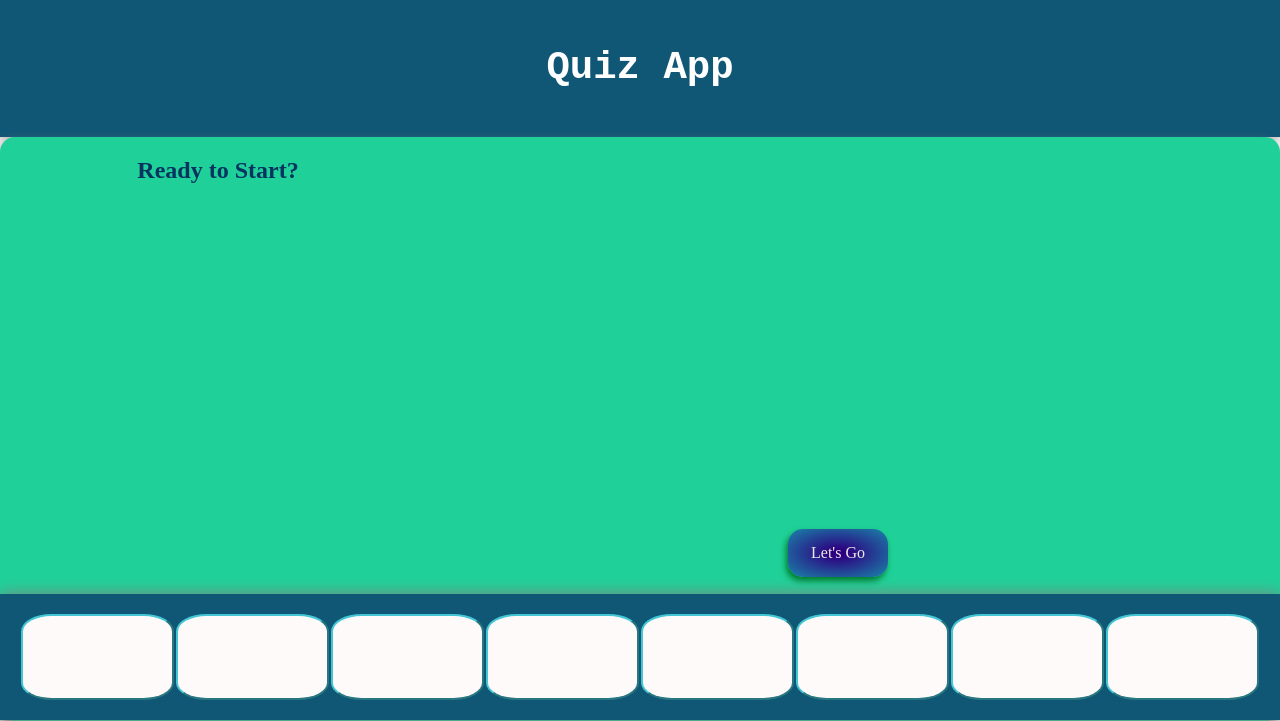
Repository: tpic12/quiz_app
Page: index.html
The author's editor kept a copy of each file at every save. The page is drawn from the files as they stood at one save, then again after the next save.
The browser window is 1280 px wide. The pictures show the whole page.

Above is the page before, as saved 2019-12-28 15:46:29.

### index.html
<!DOCTYPE html>
<html lang="en">

<head>
  <meta charset="UTF-8">
  <meta name="viewport" content="width=device-width, initial-scale=1.0">
  <meta http-equiv="X-UA-Compatible" content="ie=edge">
  <title>Quiz App</title>
  <link href="https://cdnjs.cloudflare.com/ajax/libs/normalize/8.0.1/normalize.min.css" rel="stylesheet"
    type="text/css" />
  <link href="app.css" rel="stylesheet" type="text/css" />
</head>

<body>
  <header>
    <section class='banner'>
      <h1>Quiz App</h1>
    </section>
  </header>
  <main class='display'>

  </main>
  <footer>
    <section class='counts'>
        <div class='count 0'></div>
        <div class='count 1'></div>
        <div class='count 2'></div>
        <div class='count 3'></div>
        <div class='count 4'></div>
        <div class='count 5'></div>
        <div class='count 6'></div>
        <div class='count 7'></div>
    </section>
  </footer>
  <script src="https://code.jquery.com/jquery-3.4.1.slim.js" crossorigin="anonymous"></script>
  <script src="app.js"></script>
</body>

</html>

### app.css
/* Your styles should be mobile-first and responsive */

/**
  * If you are unclear on how to utilize a mobile-first, responsive technique to write your CSS, here is an example:
  *
  * https://github.com/andreacardybailey/responsive_example/blob/master/styles/responsive-base.css
  *
*/
* {
  box-sizing: border-box;
  margin: 0 auto;
}

.banner h1 {
  font-family: monospace;
  font-size: 3em;
}

.banner,
footer {
  color: white;
  font-family: monospace;
  padding: 20px;
  width: 100%;
  text-align: center;
  background-color: hsl(198, 76%, 26%);
  box-shadow: 0px 0px 15px grey;
  border-bottom: none;
  left: 0;
}

.main_card {
  display: flex;
  min-width: 40vw;
  min-height: 40vh;
  text-align: center;
  justify-content: center;
  align-content: space-around;
  background-color: hsl(161, 74%, 47%);
  border-radius: 15px;
  padding: 20px;
  border: none;
  box-shadow: -2px 6px 12px grey;
}

button {
  margin: 30%;
  margin-bottom: 10%;
  color: hsl(0, 7%, 92%);
  background: radial-gradient(rgb(45, 0, 128) 10%, rgb(25, 134, 170));
  border: none;
  max-width: 130px;
  min-width: 100px;
  border-radius: 15px;
  padding: 15px;
  box-shadow: -2px 4px 6px hsl(142, 98%, 24%);
  -webkit-border-radius: 15px;
  -moz-border-radius: 15px;
  -ms-border-radius: 15px;
  -o-border-radius: 15px;
}

.main_card > form#qForm {
  display: flex;
  flex-flow: column wrap;
  justify-content: center;
  text-align: center;
  margin: 0 auto;
  width: 60vw;
}

.main_card > h2 {
  justify-self: center;
  font-weight: bolder;
  color: hsl(210, 90%, 20%);
}

#qForm > div {
  margin-left: 5vw;
  margin-right: auto;
}

footer {
  position: fixed;
  bottom: 0;
  left: 0;
  max-height: 20vh;
}

.counts {
  display: flex;
  justify-content: space-evenly;
}

.count {
  border: 2px outset hsl(186, 63%, 55%);
  font-family: 'Gill Sans', 'Gill Sans MT', Calibri, 'Trebuchet MS', sans-serif;
  border-radius: 20%;
  flex-direction: row;
  width: 12vw;
  height: 12vh;
  background-color: hsl(0, 100%, 99%);
  padding: 15px;
  -webkit-border-radius: 20%;
  -moz-border-radius: 20%;
  -ms-border-radius: 20%;
  -o-border-radius: 20%;
}

h1 {
  font-family: sans-serif;
}

.green {
  background-color: green !important;
}

.red {
  background-color: red !important;
}

#snackbar > p {
  visibility: hidden;
  min-width: 15vw;

  color: #fff;
  text-align: center;
  align-content: flex-start;
  padding: 5px;
  position: absolute;
  z-index: 1;
  left: ;
  top: -30px;
}

#snackbar.show {
  visibility: visible;
  /-webkit-animation: fadein 0.5s, fadeout 0.5s 2.5s;
  animation: fadein 0.5s, fadeout 0.5s 2.5s;
}

@media screen and (max-width: 450px) {
  .main_card {
    flex-flow: row wrap;
    max-width: 90vw;
  }

  #qForm {
    font-size: 0.8em;
    padding: 5px !important;
    margin: 5px;
    flex-flow: column wrap !important;
  }
  #qForm > div {
    margin-left: 15px;
    margin-right: auto;
  }
  #qForm > input {
    display: inline-block !important;
  }

  #qForm > label {
    display: inline-block !important;
  }
  footer {
    height: 40vh;
    overflow: scroll;
  }
  .counts {
    flex-direction: column;
  }

  .count {
    width: 100%;
    margin: 5px;
    height: 20px;
    border: 1px solid aquamarine;
    border-radius: 0;
    -webkit-border-radius: 0;
    -moz-border-radius: 0;
    -ms-border-radius: 0;
    -o-border-radius: 0;
  }
}

### app.js
/**
 * Example store structure
 */
'use strict';

const STORE = {
  // 5 or more questions are required
  questions: [
    {
      question: 'How many items in a bakers dozen??',
      answers: ['11', '12', '13', '3'],
      correctAnswer: '13'
    },
    {
      question: 'What month is Oktoberfest held?',
      answers: ['September', 'October', 'Every Month', 'August'],
      correctAnswer: 'September'
    },
    {
      question: 'What color is an Orange Blossom?',
      answers: ['Red', 'Orange', 'Pink', 'White'],
      correctAnswer: 'White'
    },
    {
      question: 'Where did the Panama Hat originate?',
      answers: ['Ecuador', 'Panama', 'China', 'Cuba'],
      correctAnswer: 'Ecuador'
    },
    {
      question: 'What are toy marbles made from?',
      answers: ['Plastic', 'Quartz', 'Diamond', 'Glass'],
      correctAnswer: 'Glass'
    },
    {
      question: 'How many gallons are in a ten-gallon hat?',
      answers: [
        'Half a Gallon',
        'Ten-Gallons',
        'Three-Fourths of a Gallon',
        'Give-Gallon'
      ],
      correctAnswer: 'Three-Fourths of a Gallon'
    },
    {
      question: 'What is the biggest animal to ever live?',
      answers: ['Mammoth', 'T-Rex', 'Blue Whale', 'Brontosaurus'],
      correctAnswer: 'Blue Whale'
    },
    {
      question: 'Where is the red-bellied woodpecker predominately red?',
      answers: ['Head', 'Wings', 'Feet', 'Belly'],
      correctAnswer: 'Head'
    }
  ],
  questionNumber: 0,
  score: 0,
  quizStart: false
};

/**
 *
 * Your app should include a render() function, that regenerates
 * the view each time the store is updated. See your course
 * material, consult your instructor, and reference the slides
 * for more details.
 *
 * NO additional HTML elements should be added to the index.html file.
 *
 * You may add attributes (classes, ids, etc) to the existing HTML elements, or link stylesheets or additional scripts if necessary
 *
 */

/**
 * This function renders the quiz after you start, ...
 * answer a question, or restart the quiz
 */
function renderStartQuiz() {
  const mainCard = `<section class="main_card">
      <h2>Ready to Start?</h2>
      <button type='submit' id='start_quiz'>Let's Go</button>
    </section>`;

  $('.display').html(mainCard);

  $('.display').on('click', '#start_quiz', function(event) {
    event.preventDefault();
    STORE.quizStart = true;
    $('.main_card')
      .children()
      .remove();
    handleQuiz();
  });
}
/**
 * renders question one at a time depending on question number
 */
function renderQuestion() {
  if (
    STORE.questionNumber === STORE.questions.length &&
    STORE.questionNumber > 1
  ) {
    renderResults();
  } else {
    const qCard = `<h2>${STORE.questions[STORE.questionNumber].question}</h2>
    <form id="qForm">
<div>
        <input type='radio' name='answer' id='q1' value="${
          STORE.questions[STORE.questionNumber].answers[0]
        }"/><label for='q1' id='0'>${
      STORE.questions[STORE.questionNumber].answers[0]
    }</label>
</div>
<div>
        <input type='radio' name='answer' id='q2' value="${
          STORE.questions[STORE.questionNumber].answers[1]
        }"/><label for='q2' id='1'>${
      STORE.questions[STORE.questionNumber].answers[1]
    }</label></div>

    <div>
        <input type='radio' name='answer' id='q3' value="${
          STORE.questions[STORE.questionNumber].answers[2]
        }"/><label for='q3' id='2'>${
      STORE.questions[STORE.questionNumber].answers[2]
    }</label>
</div><div>
        <input type='radio' name='answer' id='q4' value="${
          STORE.questions[STORE.questionNumber].answers[3]
        }"/><label for='q4' id='3'>${
      STORE.questions[STORE.questionNumber].answers[3]
    }</label></div><br>
    <form>
    <button type='submit' id='submit_answer'>Final Answer</button>`;

    $('.main_card').html(qCard);
    $('input:checked').on('su');
    $('.main_card').on('click', '#submit_answer', function(event) {
      event.preventDefault();
      checkAnswer();
      //original next question spot

      $('.main_card')
        .children()
        .remove();

      handleQuiz();
    });
  }
}
/**
 * renders results page

 */

function generateResults(finalScore, numberOfQuestions) {
  return `<h2>You scored ${finalScore} out of ${numberOfQuestions}!</h2><button id='restart'>Restart Quiz</button>`;
}

/* Render results element with button that restarts the quiz*/
function renderResults() {
  let score = STORE.score;
  let num = STORE.questionNumber;

  $('.main_card').html(generateResults(score, num));
  $('#restart').click(function(event) {
    event.preventDefault();
    console.log('Restarting Quiz');

    STORE.questionNumber = 0;
    STORE.score = 0;
    $('.count')
      .removeClass('snackbar')
      .removeClass('red')
      .removeClass('green')
      .removeClass('show')
      .text('');
    renderStartQuiz();
  });
}

/**
 * this function checks the correctnes of the answer
 */
function checkAnswer() {
  let form = document.getElementById('qForm');
  let ans = form['answer'];
  for (let i = 0; i < ans.length; i++) {
    //is a button checked
    if (ans[i].checked) {
      //compare value of ans[i] to correct answer
      if (
        ans[i].value === STORE.questions[STORE.questionNumber].correctAnswer
      ) {
        scoreKeeper(true);
      } else {
        scoreKeeper(false);
      }
    }
  }
}

function generateAnswerSnackbar(questionAnswer) {
  return `<div class=.${STORE.questionNumber}>
              <p>Sorry, the correct answer is ${questionAnswer}</p>
          </div>`;
}

function scoreKeeper(bool) {
  if (bool === true) {
    console.log('plus 1 point');
    STORE.score++;
    $(`.${STORE.questionNumber}`)
      .addClass('green')
      .addClass('snackbar')
      .html(`<p>Correct!</p>`);
    $('section.main_card');
    console.log('next q!');
    STORE.questionNumber++;
  }
  if (bool === false) {
    console.log('no points for you');
    $(`.${STORE.questionNumber}`)
      .addClass('red')
      .addClass('snackbar')
      .html(
        generateAnswerSnackbar(
          STORE.questions[STORE.questionNumber].correctAnswer
        )
      );
    console.log('next q!');
    STORE.questionNumber++;
  }
}

function handleQuiz() {
  if (STORE.quizStart === false) {
    renderStartQuiz();
  } else {
    renderQuestion();
  }
}

$(handleQuiz);

After the next save:
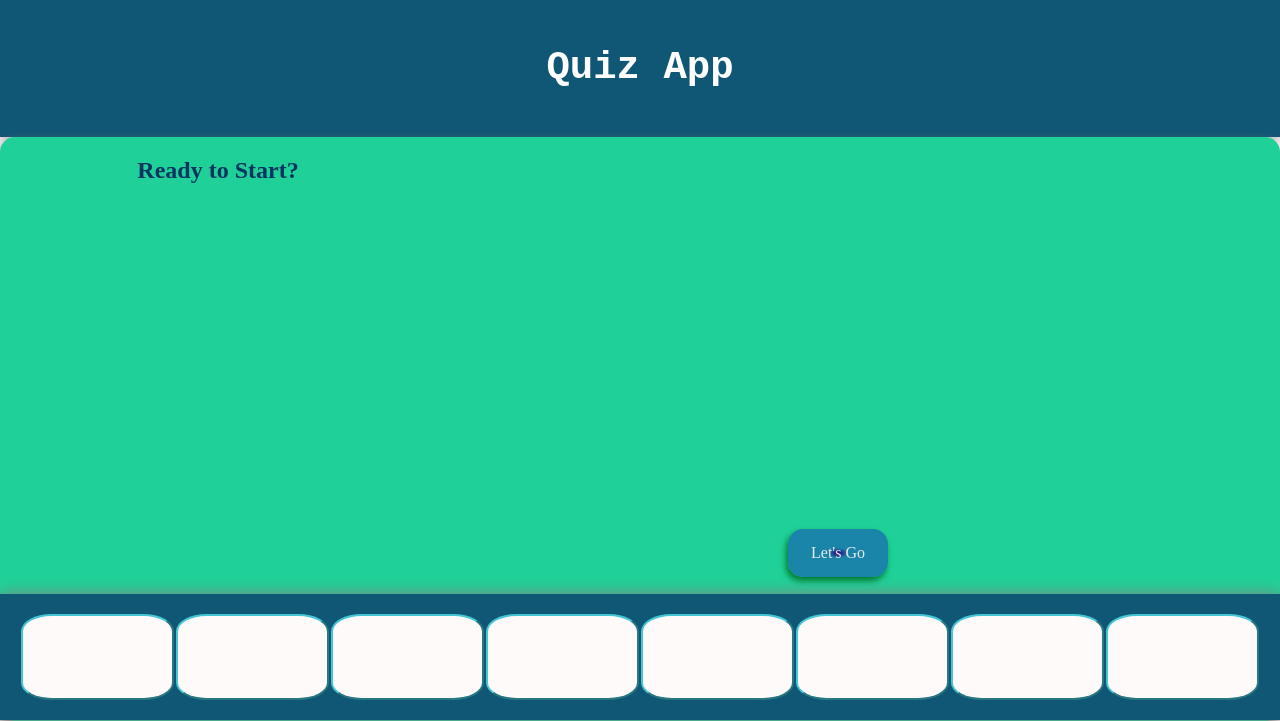
Saved 71 s later.
--- a/app.css
+++ b/app.css
@@ -47,7 +47,11 @@ button {
   margin: 30%;
   margin-bottom: 10%;
   color: hsl(0, 7%, 92%);
-  background: radial-gradient(rgb(45, 0, 128) 10%, rgb(25, 134, 170));
+  background: radial-gradient(
+    hsl(261, 100%, 25%),
+    hsl(195, 74%, 38%) 15%,
+    hsl(195, 74%, 38%) 10%
+  );
   border: none;
   max-width: 130px;
   min-width: 100px;
